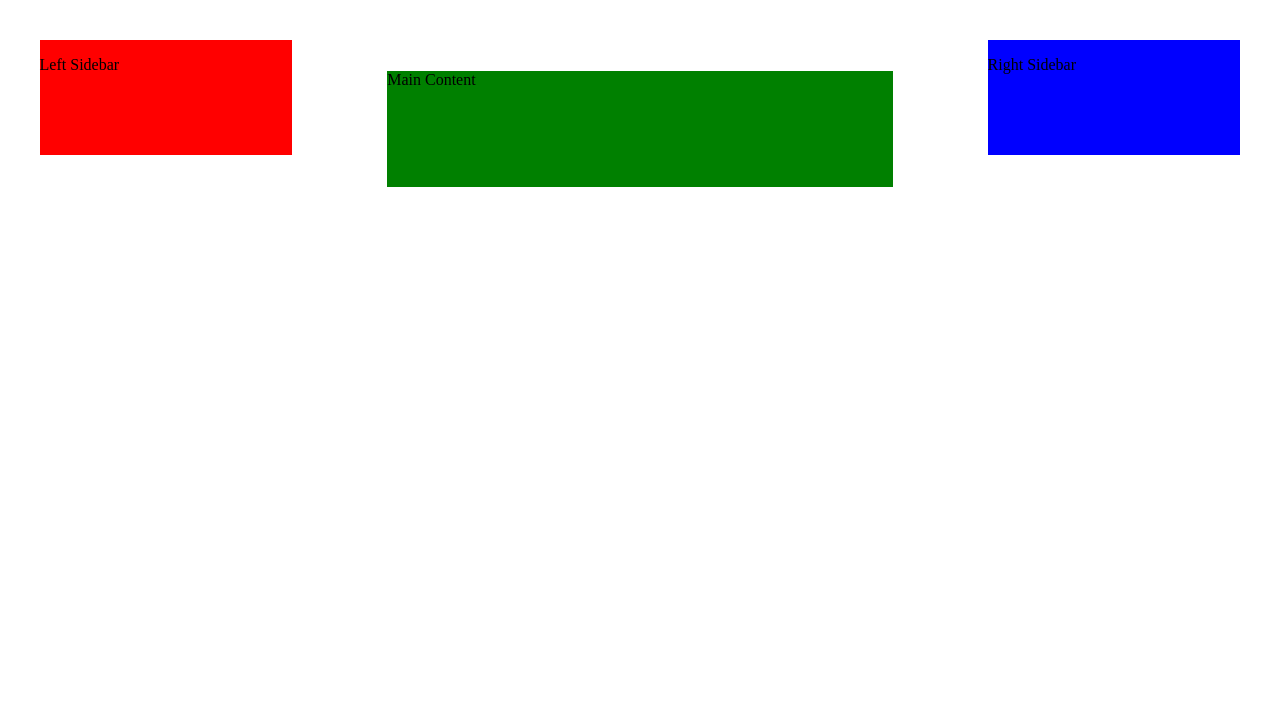
Repository: SainediAmbika/RecallingAll
Page: Angular Recalling/Flex+Grid/index.html
The author's editor kept a copy of each file at every save. The page is drawn from the files as they stood at one save, then again after the next save.
The browser window is 1280 px wide. The pictures show the whole page.

Above is the page before, as saved 2025-05-20 11:55:43.

After the next save:
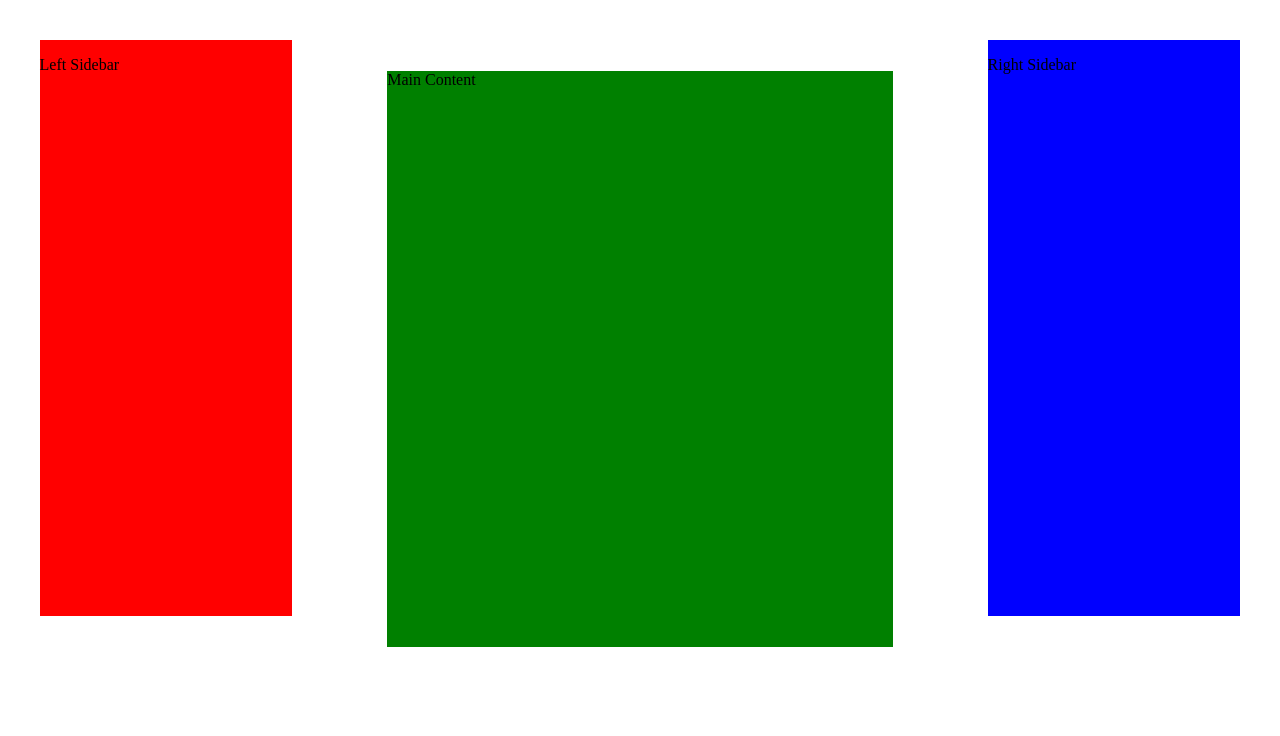
Saved 16 min 46 s later.
--- a/Angular Recalling/Flex+Grid/app.css
+++ b/Angular Recalling/Flex+Grid/app.css
@@ -1,6 +1,7 @@
-.container{
-    display: grid;
-    grid-template-columns:25% 50% 25%;
+.container {
+  display: grid;
+  grid-template-columns: 25% 50% 25%;
+  height: 100vh;
 }
 .leftSidebar,.mainContent,.rightSidebar {
     height: 80%;
